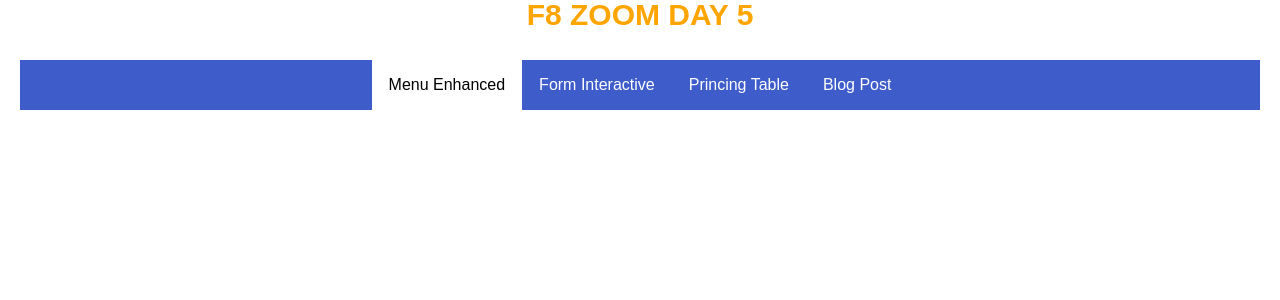
Repository: lannguyen1301/f8-zoom-day-5
Page: index.html
An editor plug-in stored every save of this project. The page is shown before and after the next save, followed by the edit.
The browser window is 1280 px wide. The pictures show the whole page.

Above is the page before, as saved 2025-04-21 18:57:42.

### index.html
<!DOCTYPE html>
<html lang="en">

<head>
    <meta charset="UTF-8">
    <meta name="viewport" content="width=device-width, initial-scale=1.0">
    <title>F8 ZOOM DAY 5</title>
    <link rel="stylesheet" href="./assets/css/reset.css">
    <link rel="stylesheet" href="./assets/css/style.css">
</head>

<body>
    <div class="inner">
        <h1 class="title-desc">F8 ZOOM DAY 5</h1>
        <nav class="navbar">
            <ul class="navbar__list">
                <li class="navbar__item active">
                    <a href="./menu-enhanced.html" class="navbar__link" target="_blank">Menu Enhanced</a>
                </li>
                <li class="navbar__item">
                    <a href="./form-interactive.html" class="navbar__link" target="_blank">Form Interactive</a>
                </li>
                <li class="navbar__item">
                    <a href="./pricing-table.html" class="navbar__link" target="_blank">Princing Table</a>
                </li>
                <li class="navbar__item">
                    <a href="./blog-post.html" class="navbar__link" target="_blank">Blog Post</a>
                </li>
            </ul>
        </nav>
    </div>
</body>

</html>

### assets/css/style.css
* {
    box-sizing: border-box;
}

html {
    font-size: 62.5%;
}

body {
    font-size: 1.6rem;
    font-family: "poppins", sans-serif;
}

/* common*/
a {
    text-decoration: none;
}

.inner {
    margin: 0 auto;
    padding: 0 20px;
}

.title-desc {
    font-size: 3rem;
    text-align: center;
    font-weight: 900;
    color: orange;
}

.navbar__list {
    display: flex;
    align-items: center;
    justify-content: center;
    margin-top: 30px;
    background-color: #3e5cca;
}

.navbar__item {
    height: 50px;
}

.navbar__link {
    color: #fff;
    line-height: 50px;
    padding: 17px;
    font-weight: 500;
    font-size: 1.6rem;
}

.active,
.navbar__list .navbar__item:hover > .navbar__link {
    background-color: #fff;
    color: #000;
}

.active > a {
    color: #000;
}

/* .navbar__item .navbar__link:active {
    color: rgb(226, 19, 99);
    background-color: orange;
} */

/* li a:active {
    color: rgb(226, 19, 99);
    background-color: orange;
} */

a:active {
    color: green;
}

Loaded but not shown: assets/css/reset.css (common file)

After the next save:
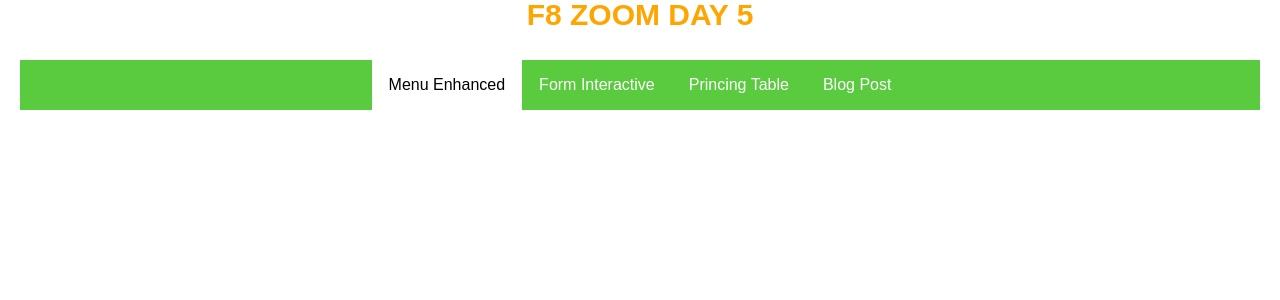
Saved 28 s later.
--- a/assets/css/style.css
+++ b/assets/css/style.css
@@ -33,7 +33,7 @@
     align-items: center;
     justify-content: center;
     margin-top: 30px;
-    background-color: #3e5cca;
+    background-color: #5aca3e;
 }
 
 .navbar__item {

After the 2 saves that followed:
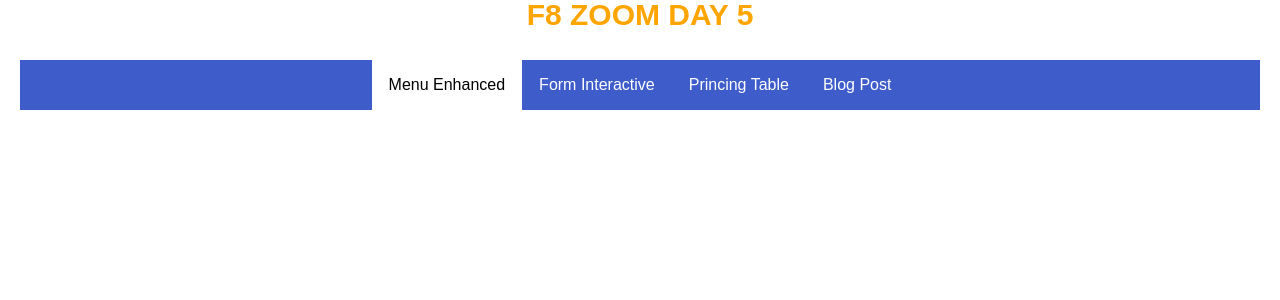
The 2 saves are shown as one change because they came seconds apart.
The last was saved 31 s later.
--- a/assets/css/style.css
+++ b/assets/css/style.css
@@ -33,7 +33,7 @@
     align-items: center;
     justify-content: center;
     margin-top: 30px;
-    background-color: #5aca3e;
+    background-color: #3e5cca;
 }
 
 .navbar__item {
